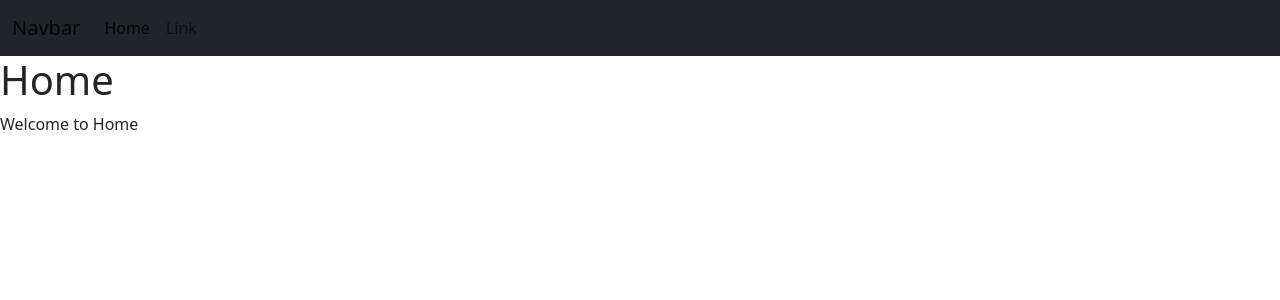
Repository: BlessingAjiboye/WEEK3DEP
Page: http://localhost/
The author's editor kept a copy of each file at every save. The page is drawn from the files as they stood at one save, then again after the next save.
The browser window is 1280 px wide. The pictures show the whole page.
The page is served by the project's Node server (server.js).

Above is the page before, as saved 2022-09-20 12:42:28.

After the next save:
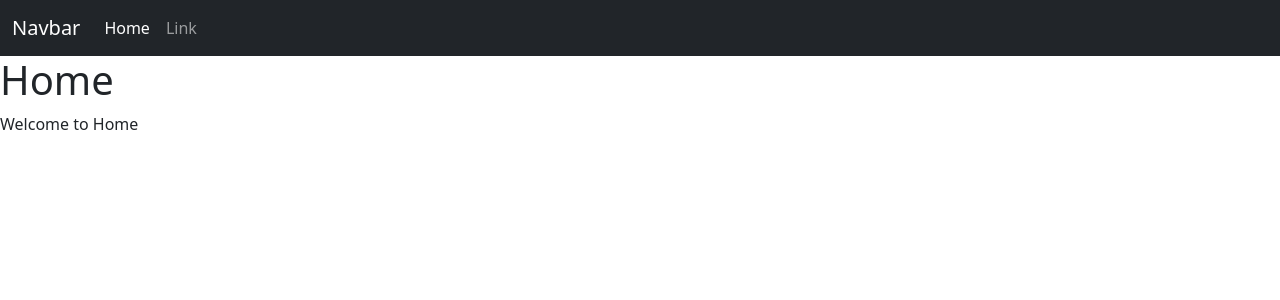
Saved 27 s later.
--- a/views/index.ejs
+++ b/views/index.ejs
@@ -11,7 +11,7 @@
   <link rel='stylesheet' href='/Content/app.css' />
 </head>
 <body>
-  <nav class="navbar navbar-expand-lg bg-dark">
+  <nav class="navbar navbar-expand-lg navbar-dark bg-dark">
     <div class="container-fluid">
       <a class="navbar-brand" href="#">Navbar</a>
       <button class="navbar-toggler" type="button" data-bs-toggle="collapse" data-bs-target="#navbarSupportedContent" aria-controls="navbarSupportedContent" aria-expanded="false" aria-label="Toggle navigation">
